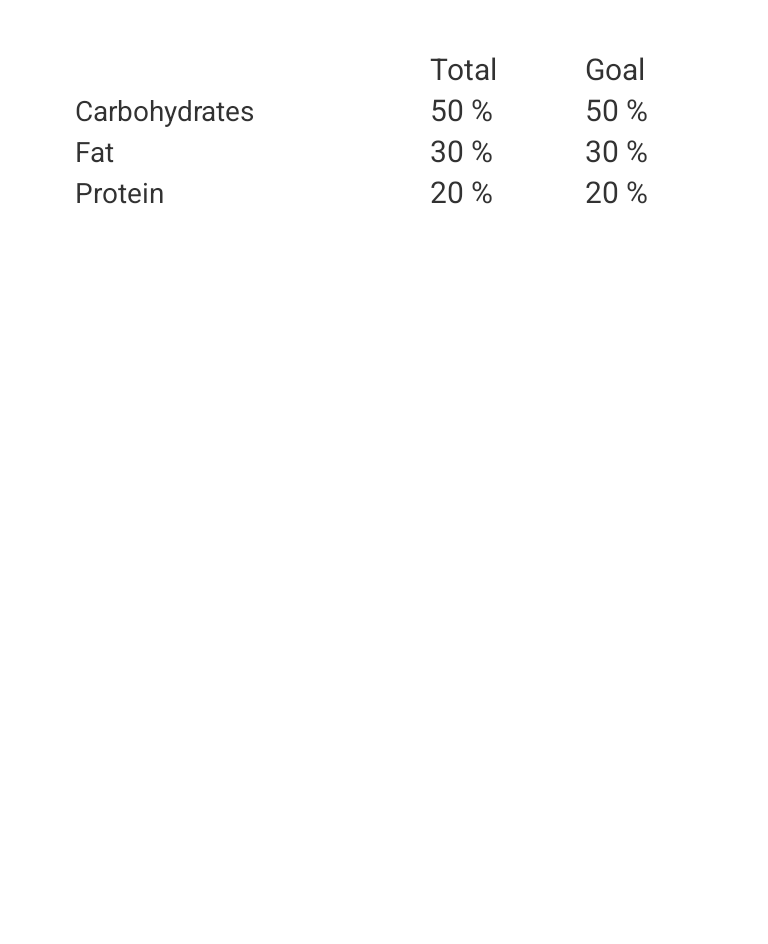
Repository: JieD/nutriy
Layout: NutriY/res/layout/fragment_nutrition_chart.xml
The author's editor kept a copy of each file at every save. The layout is drawn from the files as they stood at one save, then again after the next save.
The pictures show rows 336 to 1280 of an output 1280 px tall.
It is drawn on a 768 x 1280 px phone screen (xhdpi) without system bars, with theme AppTheme; the app's code is not run.

Above is the layout before, as saved 2014-05-11 04:55:12.

After the next save:
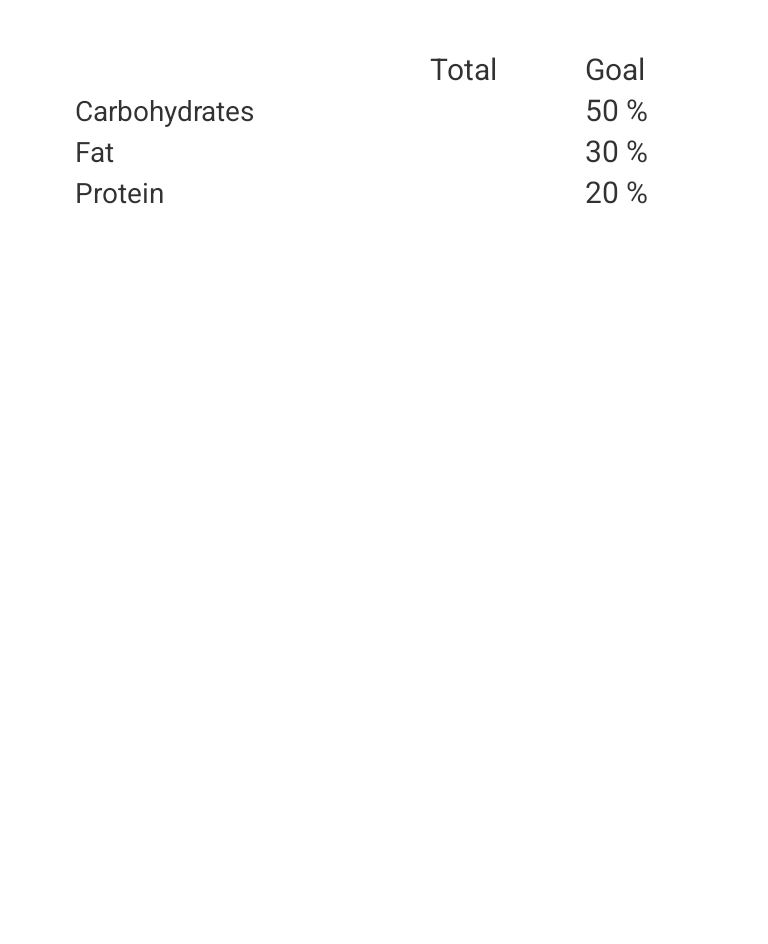
Saved 25 s later.
--- a/NutriY/res/layout/fragment_nutrition_chart.xml
+++ b/NutriY/res/layout/fragment_nutrition_chart.xml
@@ -60,7 +60,7 @@
              <TextView
                  android:id="@+id/carb_percentage"
                  android:layout_weight="2"
-                 android:text="50 %"
+                 android:text=""
                  android:textSize="@dimen/medium_text_size" />
              <TextView
                  android:layout_weight="2"
@@ -77,7 +77,7 @@
              <TextView
                  android:id="@+id/fat_percentage"
                  android:layout_weight="2"
-                 android:text="30 %"
+                 android:text=""
                  android:textSize="@dimen/medium_text_size" />
              <TextView
                  android:layout_weight="2"
@@ -94,7 +94,7 @@
              <TextView
                  android:id="@+id/protein_percentage"
                  android:layout_weight="2"
-                 android:text="20 %"
+                 android:text=""
                  android:textSize="@dimen/medium_text_size" />
              <TextView
                  android:layout_weight="2"
